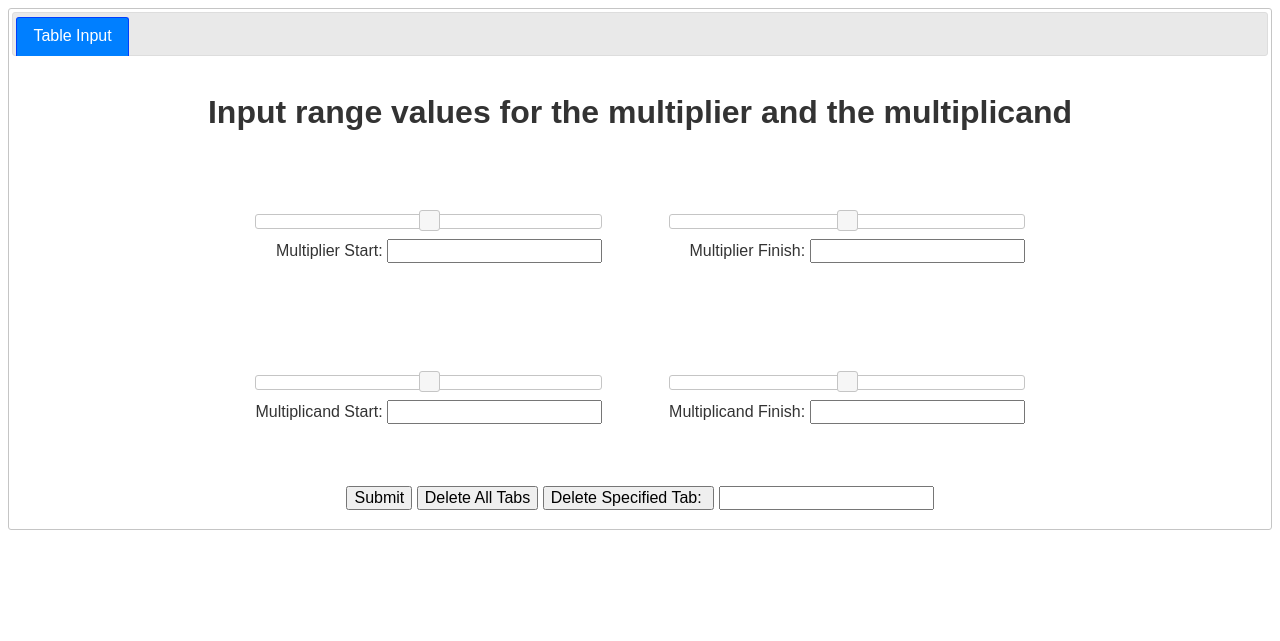
Repository: khrasna/HW4Part2
Page: index.html
An editor plug-in stored every save of this project. The page is shown before and after the next save, followed by the edit.
The browser window is 1280 px wide. The pictures show the whole page.
Some web libraries are served in a nearby version.

Above is the page before, as saved 2021-11-20 13:28:52.

After the next save:
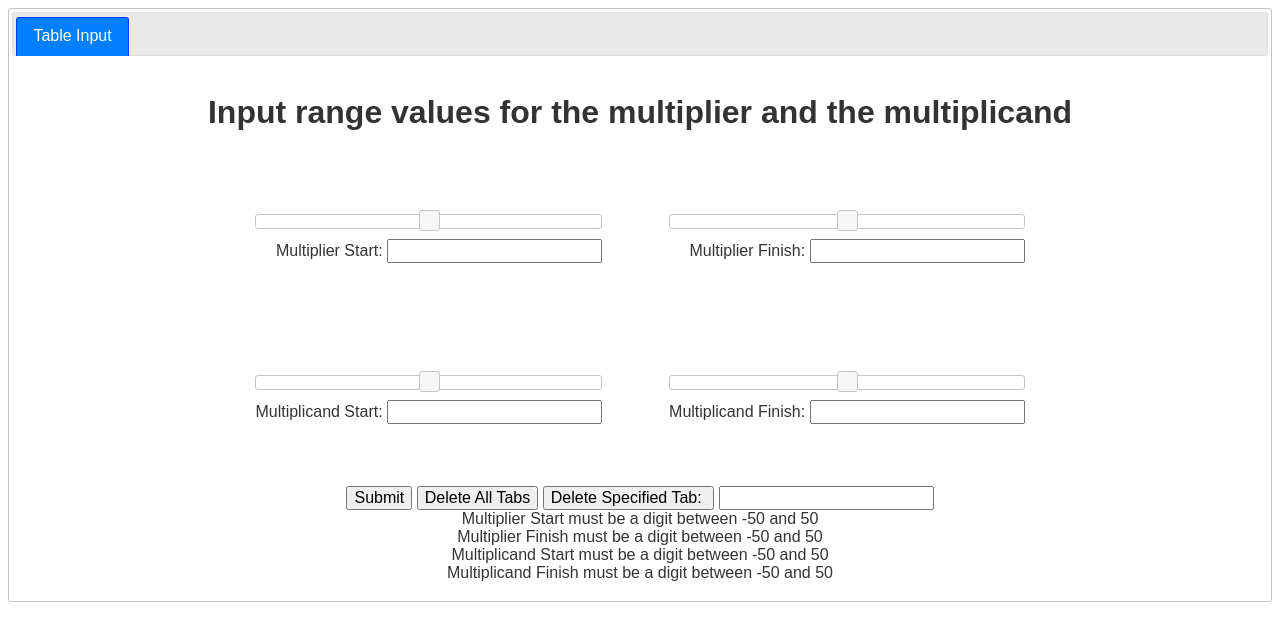
Saved 50 s later.
--- a/formvalidate.js
+++ b/formvalidate.js
@@ -67,73 +67,71 @@
         } //checks to make sure that the starts are less than the finishes, learned from
     });
 
-    $('input[value="Submit"]').on("click", function () {
-
-        $("#FormInput").validate({
-            onkeyup: false, //this makes it so the validator doesnt update the error messages whenever new input is typed. only validates when submit is hit.
-            onfocusout: false, //learned about onkeyup, and onfocusout at https://www.sitepoint.com/jquery-validation-validate-form-submit/
-            rules: {
-                MultiplierStart: {
-                    range: [-50, 50],
-                    less: $('input[name="MultiplierFinish"]'),
-                    required: true
-
-                },
-                MultiplierFinish: {
-                    required: true,
-                    range: [-50, 50]
-                },
-
-                MultiplicandStart: {
-                    range: [-50, 50],
-                    less: $('input[name="MultiplicandFinish"]'),
-                    required: true
-                },
-
-                MultiplicandFinish: {
-                    range: [-50, 50],
-                    required: true
-                }
-            },
-
-            messages: {
-                MultiplierStart: {
-                    required: "Multiplier Start must be a digit between -50 and 50",
-                    range: "The range of Multiplier Start must stay within -50 and 50 and only contain numerical digits",
-                    less: "The value of Multiplier Start must be less than or equal to Multiplier Finish."
-                },
-
-                MultiplierFinish: {
-                    required: "Multiplier Finish must be a digit between -50 and 50",
-                    range: "The range of Multiplier Finish must stay within -50 and 50 and only contain numerical digits",
-                },
-
-                MultiplicandStart: {
-                    required: "Multiplicand Start must be a digit between -50 and 50",
-                    range: "The range of Multiplicand Start must stay within -50 and 50 and only contain numerical digits",
-                    less: "The value of Multiplicand Start must be less than or equal to Multiplicand Finish."
-                },
-
-                MultiplicandFinish: {
-                    required: "Multiplicand Finish must be a digit between -50 and 50",
-                    range: "The range of Multiplicand Finish must stay within -50 and 50 and only contain numerical digits",
-                }
-
-
-            },
-
-            errorPlacement: function (error, element) {
-                $(error).appendTo($(('#FormInput')));
-            },
-            errorElement: "p"
-
-        });
-
-        if ($("#FormInput").valid()) {
-            process();
-        }
-
-    });
+
+    $("#FormInput").validate({
+        onkeyup: false, //this makes it so the validator doesnt update the error messages whenever new input is typed. only validates when submit is hit.
+        onfocusout: false, //learned about onkeyup, and onfocusout at https://www.sitepoint.com/jquery-validation-validate-form-submit/
+        rules: {
+            MultiplierStart: {
+                range: [-50, 50],
+                less: $('input[name="MultiplierFinish"]'),
+                required: true
+
+            },
+            MultiplierFinish: {
+                required: true,
+                range: [-50, 50]
+            },
+
+            MultiplicandStart: {
+                range: [-50, 50],
+                less: $('input[name="MultiplicandFinish"]'),
+                required: true
+            },
+
+            MultiplicandFinish: {
+                range: [-50, 50],
+                required: true
+            }
+        },
+
+        messages: {
+            MultiplierStart: {
+                required: "Multiplier Start must be a digit between -50 and 50",
+                range: "The range of Multiplier Start must stay within -50 and 50 and only contain numerical digits",
+                less: "The value of Multiplier Start must be less than or equal to Multiplier Finish."
+            },
+
+            MultiplierFinish: {
+                required: "Multiplier Finish must be a digit between -50 and 50",
+                range: "The range of Multiplier Finish must stay within -50 and 50 and only contain numerical digits",
+            },
+
+            MultiplicandStart: {
+                required: "Multiplicand Start must be a digit between -50 and 50",
+                range: "The range of Multiplicand Start must stay within -50 and 50 and only contain numerical digits",
+                less: "The value of Multiplicand Start must be less than or equal to Multiplicand Finish."
+            },
+
+            MultiplicandFinish: {
+                required: "Multiplicand Finish must be a digit between -50 and 50",
+                range: "The range of Multiplicand Finish must stay within -50 and 50 and only contain numerical digits",
+            }
+
+
+        },
+
+        errorPlacement: function (error, element) {
+            $(error).appendTo($(('#FormInput')));
+        },
+        errorElement: "p"
+
+    });
+
+    if ($("#FormInput").valid()) {
+        process();
+    }
+
 
     $('input[name="clear"]').on("click", function () {
         for (var i = 2; i <= tabs; i++) {

After the 4 saves that followed:
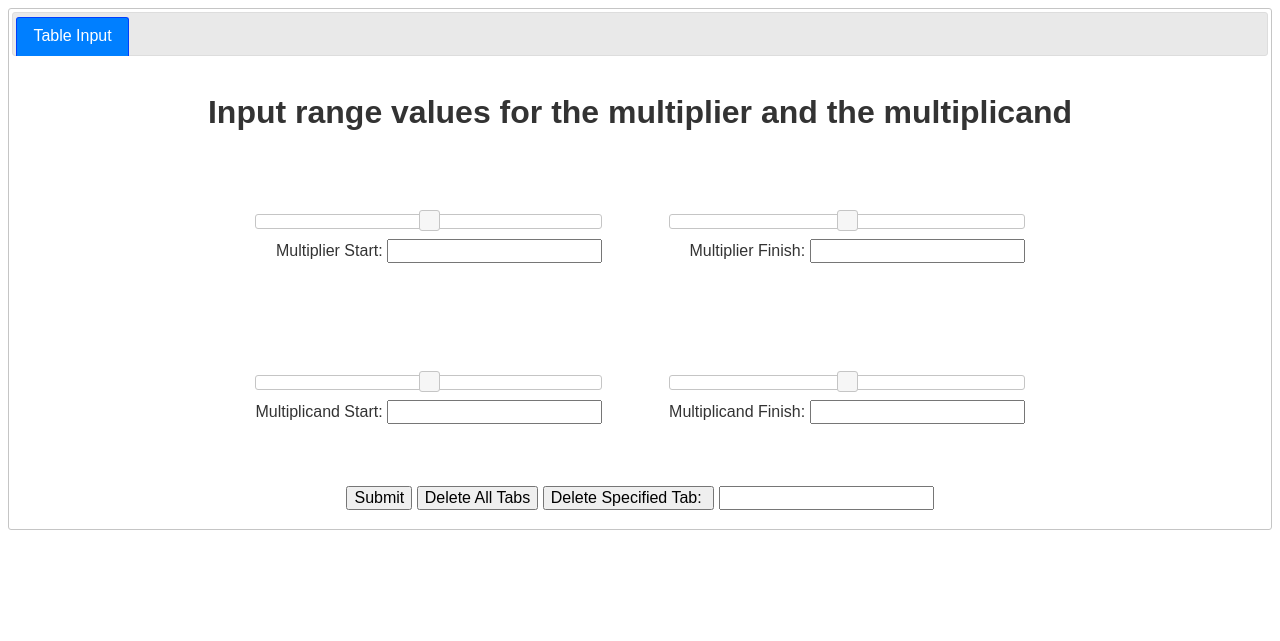
The 4 saves are shown as one change because 3 left the picture as it was.
The last was saved 9 min 14 s later.
--- a/formvalidate.js
+++ b/formvalidate.js
@@ -128,9 +128,9 @@
 
     });
 
-    if ($("#FormInput").valid()) {
-        process();
-    }
+    //  if ($("#FormInput").valid()) {
+    //      process();
+    //  }
 
 
     $('input[name="clear"]').on("click", function () {
@@ -145,13 +145,15 @@
         $('input[name="clearinput"]').rules('remove');
         $('input[name="clearinput"]').rules('add', {
             digits: true,
+            required: true,
             range: [2, tabs],
             checkval: true,
 
             messages: {
                 digits: "Please make your specified tab to be deleted contain only numbers within the indicated range.",
                 range: "Please choose a tab between 2 and " + tabs,
-                checkval: "Please enter a tab value which is greater than 1."
+                checkval: "Please enter a tab value which is greater than 1.",
+                required: "Please enter a value for the Delete Specified Tab value."
             }
         });
 
